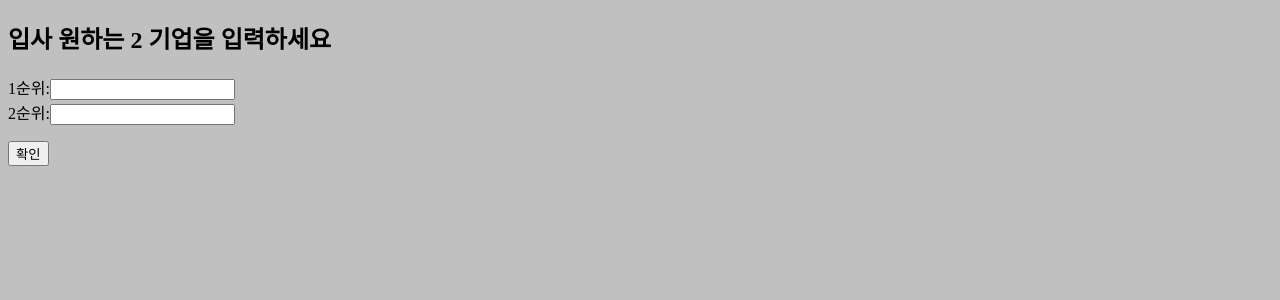
Repository: Hongjeongmin/university
Page: webprograming/test/test/WebContent/b.html
An editor plug-in stored every save of this project. The page is shown before and after the next save, followed by the edit.
The browser window is 1280 px wide. The pictures show the whole page.

Above is the page before, as saved 2018-09-13 05:49:53.

### webprograming/test/test/WebContent/b.html
<!DOCTYPE html>
<html>
<head>
<meta charset="UTF-8">
<title>대기업</title>
</head>
<body style="background-color:silver">
	<h2><b>입사 원하는 2 기업을 입력하세요</b></h2><p>

	1순위:<input type="text" name="one"/><br>
	2순위:<input type="text" name="two"/><p>
<input type="submit" value="확인"/>
</body>
</html>

After the next save:
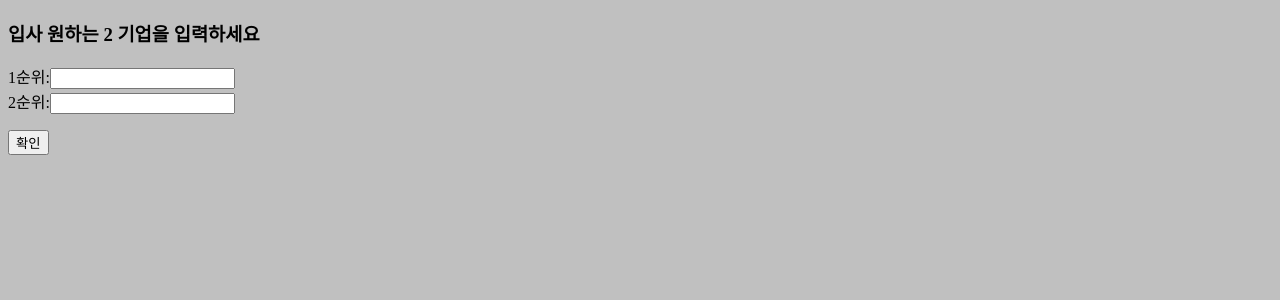
Saved 11 s later.
--- a/webprograming/test/test/WebContent/b.html
+++ b/webprograming/test/test/WebContent/b.html
@@ -5,7 +5,7 @@
 <title>대기업</title>
 </head>
 <body style="background-color:silver">
-	<h2><b>입사 원하는 2 기업을 입력하세요</b></h2><p>
+	<h3><b>입사 원하는 2 기업을 입력하세요</b></h3><p>
 
 	1순위:<input type="text" name="one"/><br>
 	2순위:<input type="text" name="two"/><p>
